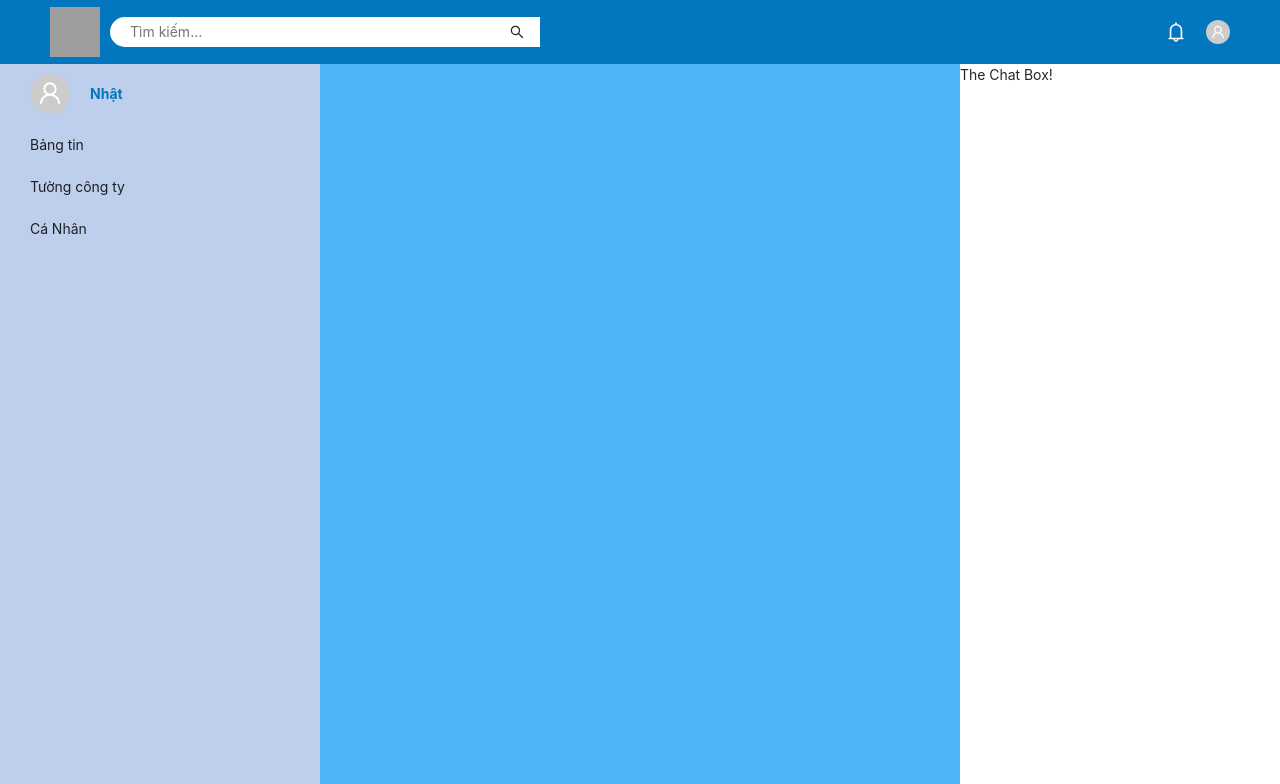
Repository: baonhat27/SocialNetwork_FE
Page: /home
These files come from the project's save history. The page is drawn as it stood at one moment and after the next save; the edit follows.
The browser window is 1280 px wide. The pictures show the whole page.
Pictures or frames that could not be fetched are drawn as grey boxes. The project was rebuilt for these pictures with package versions that can differ from the ones it lists, and the page was loaded fresh each time. Also part of the build but not shown: src/containers/chat/component/ChatComponent.module.css, src/containers/loginPage/component/LoginPageComponent.module.css, src/components/Input/Input.module.css, src/components/Input/Input.js, src/components/Button/Button.module.css, src/components/Button/Button.js, src/containers/loginPage/component/LoginPageComponent.js, src/containers/loginPage/LoginPageContainer.js.

Above is the page before, as saved 2022-03-09 22:28:34.

### public/index.html
<!DOCTYPE html>
<html lang="en">
  <head>
    <meta charset="utf-8" />
    <link rel="icon" href="%PUBLIC_URL%/favicon.ico" />
    <meta name="viewport" content="width=device-width, initial-scale=1" />
    <meta name="theme-color" content="#000000" />
    <meta
      name="description"
      content="Web site created using create-react-app"
    />
    <link rel="apple-touch-icon" href="%PUBLIC_URL%/logo192.png" />
    <!--
      manifest.json provides metadata used when your web app is installed on a
      user's mobile device or desktop. See https://developers.google.com/web/fundamentals/web-app-manifest/
    -->
    <link rel="manifest" href="%PUBLIC_URL%/manifest.json" />
    <!--
      Notice the use of %PUBLIC_URL% in the tags above.
      It will be replaced with the URL of the `public` folder during the build.
      Only files inside the `public` folder can be referenced from the HTML.

      Unlike "/favicon.ico" or "favicon.ico", "%PUBLIC_URL%/favicon.ico" will
      work correctly both with client-side routing and a non-root public URL.
      Learn how to configure a non-root public URL by running `npm run build`.
    -->
    <title>Social network</title>
  </head>
  <body>
    <noscript>You need to enable JavaScript to run this app.</noscript>
    <div id="root"></div>
    <!--
      This HTML file is a template.
      If you open it directly in the browser, you will see an empty page.

      You can add webfonts, meta tags, or analytics to this file.
      The build step will place the bundled scripts into the <body> tag.

      To begin the development, run `npm start` or `yarn start`.
      To create a production bundle, use `npm run build` or `yarn build`.
    -->
  </body>
</html>

### src/index.js
import React from 'react';
import ReactDOM from 'react-dom';
import './index.css';
import App from './App';
import 'antd/dist/antd.min.css'
import reportWebVitals from './reportWebVitals';
import { BrowserRouter } from 'react-router-dom';

ReactDOM.render(
  <React.StrictMode>
    <BrowserRouter>
      <App />
    </BrowserRouter>
  </React.StrictMode>,
  document.getElementById('root')
);

// If you want to start measuring performance in your app, pass a function
// to log results (for example: reportWebVitals(console.log))
// or send to an analytics endpoint. Learn more: https://bit.ly/CRA-vitals
reportWebVitals();

### src/App.js
import { Route,Switch } from 'react-router-dom';
import './App.css';
import HeaderContainer from './containers/header/HeaderContainer';
import HomeContainer from './containers/home/HomeContainer';
import LoginPageContainer from './containers/loginPage/LoginPageContainer';
function App() {
  return (
    <div className="App">
      <Switch>
        <Route path='/login'>
          <LoginPageContainer/>
        </Route>
        <Route path="/home">
            <HeaderContainer/>
            <HomeContainer/>
        </Route>
      </Switch>
    </div>
  );
}

export default App;

### src/containers/header/HeaderContainer.js
import React from 'react';
import HeaderComponent from './component/HeaderComponent';

const HeaderContainer = () => {
    return (
        <HeaderComponent></HeaderComponent>
    );
};

export default HeaderContainer;

### src/containers/home/HomeContainer.js
import HomeComponent from "./component/HomeComponent"
import React from 'react';

const HomeContainer = () => {
    return (
        <div>
            <HomeComponent/>
        </div>
    );
};

export default HomeContainer;

### src/containers/header/component/HeaderComponent.js
import React from 'react';
import { Layout} from "antd";
import { Avatar } from 'antd';
import { UserOutlined, BellOutlined  } from '@ant-design/icons';
import styles from "./header.module.css"
import Search from '../../../components/Search/Search';


const { Header } = Layout;


const HeaderComponent = () => {
    return (
        <Header className={styles.header}>
            <div class={styles.header_left}>
                <img className={styles.img_logo}
                    src='https://images.yourstory.com/cs/images/companies/484073261089321671237850235461832427438080n-1609922812339.png'
                />
                <Search/>
            </div>
            <div class={styles.header_right}>
                <BellOutlined
                    style={{fontSize: '20px', color:'white'}}
                />
                <Avatar size="small" icon={<UserOutlined />} style={{marginLeft: 20,marginRight: 0}} />
            </div>
        </Header>
    );
};

export default HeaderComponent;

### src/containers/home/component/HomeComponent.js
import styles from "./HomeComponent.module.css"
import React from "react";
import { Layout} from "antd";
import SiderContainer from "../../sider/SiderContainer";
import ContentContainer from "../../content/ContentContainer";
import ChatContainer from "../../chat/ChatContainer";

const {  Content } = Layout;

const HomeComponent = (props) => {
    return (
        <div className={styles.home}>
            <SiderContainer/>
            <ContentContainer/>
            <ChatContainer/>
        </div>

    );
};

export default HomeComponent;

### src/containers/header/component/header.module.css
.header{
    background-color: #0277bd !important;
    display: flex;
    justify-content: space-between;
    align-items: center;
}
.header_left{
    display: flex;
    align-items: center;
}
.header_right{
    display: flex;
    align-items: center;
}
.search {
    margin-left: 50px;
    width: 400px !important;
}
.img_logo{
    width: 50px;
    height: 50px;
    background-size: cover;
}

### src/components/Search/Search.js
import React from 'react';
import './Search.css'
import { SearchOutlined } from '@ant-design/icons';

const Search = () => {
    return (
    <>
        <input
            placeholder='Tìm kiếm...'
            className='inputSearch'
        />
        <SearchOutlined
            className='iconSearch'
        />

    </>
    );
};

export default Search;

### src/containers/sider/SiderContainer.js
import React from 'react';
import SiderComponent from './component/SiderComponent';

const SiderContainer = () => {
    return (
        <SiderComponent>

        </SiderComponent>
    );
};

export default SiderContainer;

### src/containers/content/ContentContainer.js
import React from 'react';
import ContentComponent from './component/ContentComponent';

const ContentContainer = () => {
    return (
        <ContentComponent>

        </ContentComponent>
    );
};

export default ContentContainer;

### src/containers/chat/ChatContainer.js
import React from 'react';
import ChatComponent from './component/ChatComponent';

const ChatContainer = () => {
    return (
        <ChatComponent>

        </ChatComponent>

    );
};

export default ChatContainer;

### src/components/Search/Search.css
.inputSearch{
    border: none;
    border-top-left-radius: 20px;
    border-bottom-left-radius: 20px;
    width: 400px;
    height: 30px;
    margin-left: 10px;
    padding-left: 20px;
}
.iconSearch{

    background-color: white;
    height: 30px;
    width: 30px;
    display: flex;
    padding: 8px 0px;
}
.iconSearch:hover{
    cursor: pointer;
}

### src/containers/sider/component/SiderComponent.js
import React from 'react';
import styles from './Sider.module.css'
import {  Avatar } from "antd";
import { UserOutlined } from "@ant-design/icons";


const SiderComponent = (props) => {
    return (
        <div className={styles.sider}>
            <div className={`${styles.user_info} ${styles.sider_item}`}>
                    <Avatar size="large" icon={<UserOutlined/>}></Avatar>
                    <div className={styles.user_name}> Nhật</div>
            </div>
            <div className={styles.sider_item}>
                Bảng tin
            </div>
            <div className={styles.sider_item}>Tường công ty</div>
            <div className={styles.sider_item}>Cá Nhân</div>
        </div>
    );
};

export default SiderComponent;

### src/containers/content/component/ContentComponent.js
import React from 'react';
import styles from "./ContentComponent.module.css"

const ContentComponent = () => {
    return (
        <div className={styles.content}>

        </div>
    );
};

export default ContentComponent;

### src/containers/chat/component/ChatComponent.js
import React from 'react';
import styles from "./ChatComponent.module.css"

const ChatComponent = () => {
    return (
        <div classname={styles.chatBox}>
                The Chat Box!
        </div>
    );
};

export default ChatComponent;

### src/containers/sider/component/Sider.module.css
.sider{
    background-color: #bdcfec !important;
    height: 100vh;
    display: flex;
    width: 25%;
    display: flex;
    flex-direction: column;
}
.sider_item{
    margin: 10px 0px 10px 30px;
}
.sider_item:hover{
    cursor: pointer;
    opacity: 75%;
    background-color: #0277bd;
}
.user_info{
    display: flex;
}
.user_name{
    margin-left: 20px;
    color: #0277bd;
    font-weight: 700;
    display: flex;
    align-items: center;
}

### src/containers/content/component/ContentComponent.module.css
.content{
    background-color: #4db6f6;
    width: 50%;
}

Loaded but not shown: src/index.css (common file); src/reportWebVitals.js (common file); src/containers/home/component/HomeComponent.module.css (common file); src/App.css (no stored copy; drawn as an empty file)

After the next save:
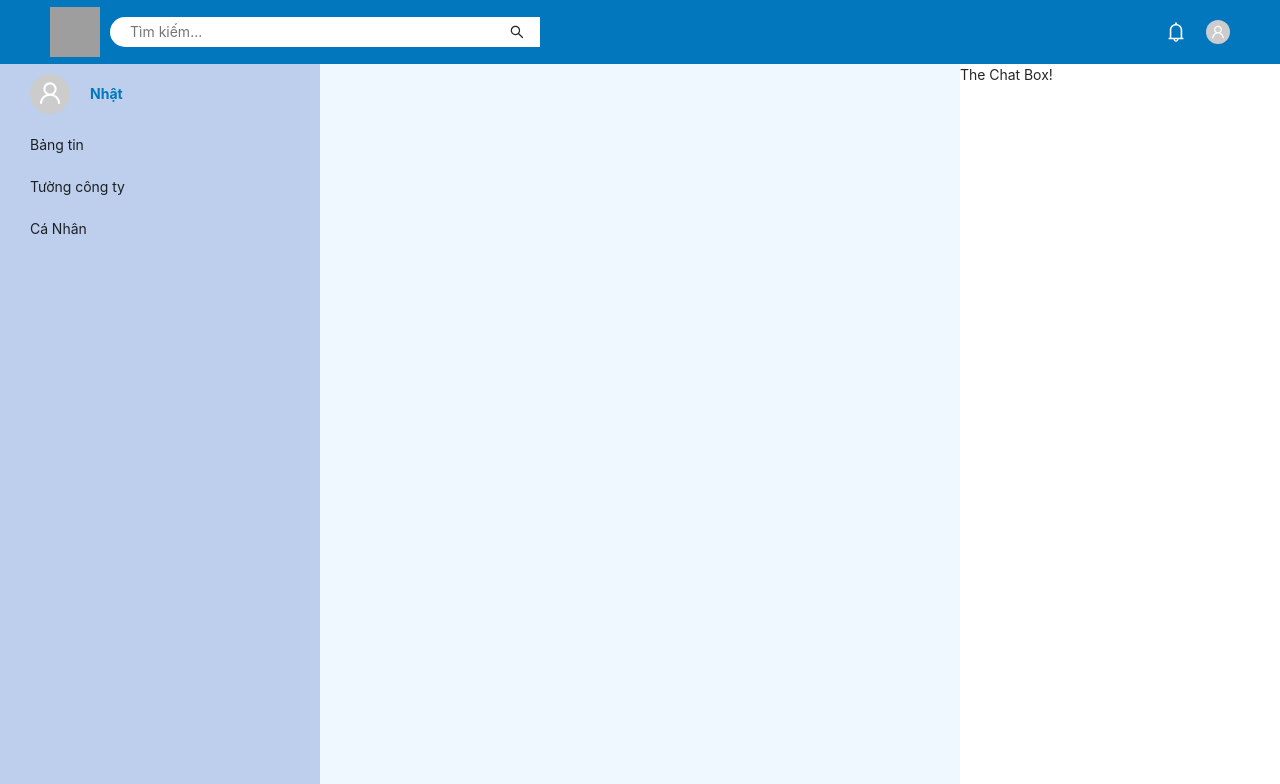
Saved 9 s later.
--- a/src/containers/content/component/ContentComponent.module.css
+++ b/src/containers/content/component/ContentComponent.module.css
@@ -1,4 +1,4 @@
 .content{
-    background-color: #4db6f6;
+    background-color: aliceblue;
     width: 50%;
 }
